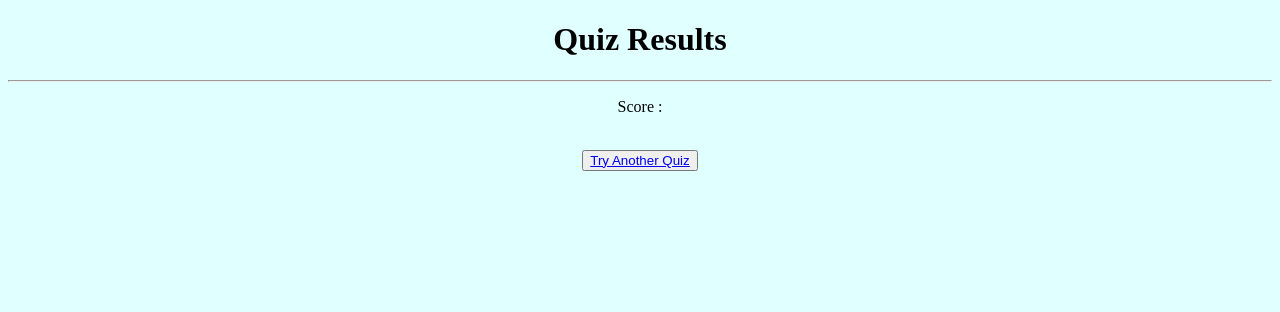
Repository: Rohitsenpai01/Quiz-Manangement-System
Page: http://localhost/WebQuizApp/submitquiz.jsp
These files come from the project's save history. The page is drawn as it stood at one moment and after the next save; the edit follows.
The browser window is 1280 px wide. The pictures show the whole page.
The page is served by Tomcat 9. Queries for data that is not in the repository find no rows.

Above is the page before, as saved 2025-12-31 16:58:09.

After the next save:
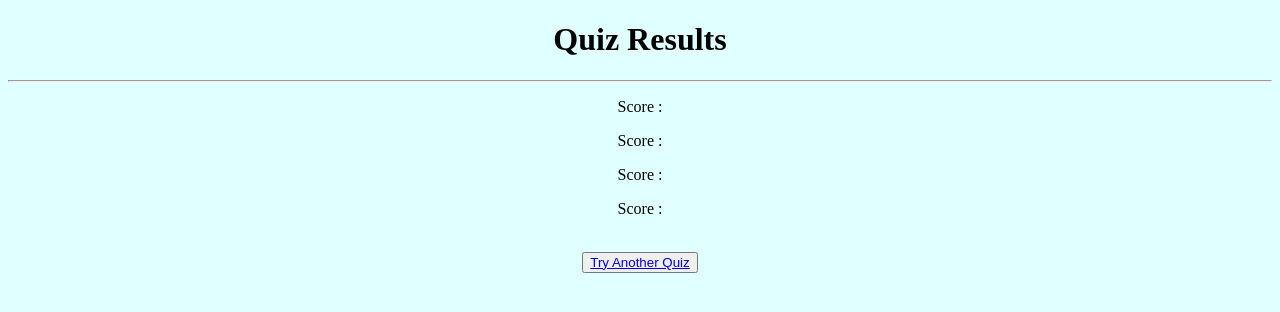
Saved 75 s later.
--- a/WebQuizApp/WebQuizApp/src/main/webapp/submitquiz.jsp
+++ b/WebQuizApp/WebQuizApp/src/main/webapp/submitquiz.jsp
@@ -31,6 +31,9 @@
             request.setAttribute("totalQuestions", total);
         %>
         <p>Score : ${score}</p>
+        <p>Score : ${total}</p>
+        <p>Score : ${param.quiz_id}</p>
+        <p>Score : ${lp.user.id}</p>
 		<jsp:useBean id="sa" class="com.app.beans.AttemptQuizBean"/>
 		<jsp:setProperty  name="sa" property="quiz_id" value="${param.quiz_id}"/>
 		<jsp:setProperty  name="sa" property="student_id" value="${lp.user.id}"/>
